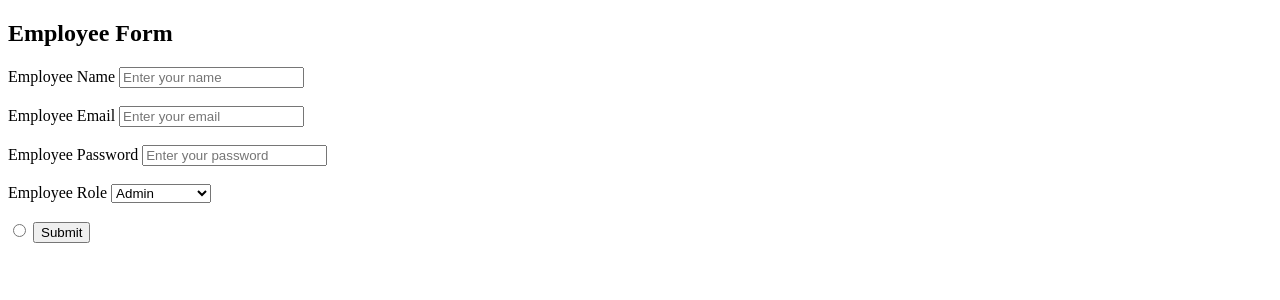
Repository: mrhpn/JavaEE--JSP-SERVLET
Page: JSP_JSTL/WebContent/employee-form.html
These files come from the project's save history. The page is drawn as it stood at one moment and after the next save; the edit follows.
The browser window is 1280 px wide. The pictures show the whole page.

Above is the page before, as saved 2021-04-01 07:34:33.

### JSP_JSTL/WebContent/employee-form.html
<!DOCTYPE html>
<html>
<head>
<meta charset="ISO-8859-1">
<title>Insert title here</title>
</head>
<body>
	<h2>Employee Form</h2>

	<form action="read-employee-form.jsp" method="GET">
		<label>Employee Name</label>
		<input type="text" name="employeeName" placeholder="Enter your name" required="required" />
		<br><br>

		<label>Employee Email</label>
		<input type="email" name="employeeEmail" placeholder="Enter your email" required="required" />
		<br><br>

		<label>Employee Password</label>
		<input type="password" name="employeePassword" placeholder="Enter your password" required="required" />
		<br><br>

		<label>Employee Role</label>
		<select name="employeeRole" required="required">
			<option disabled="disabled">Choose Role</option>
			<option value="admin">Admin</option>
			<option value="manager">Manager</option>
			<option value="staff">Staff</option>
		</select>
		<br><br>

		<input type="radio" />

		<input type="submit" value="Submit" />
	</form>

</body>
</html>

After the next save:
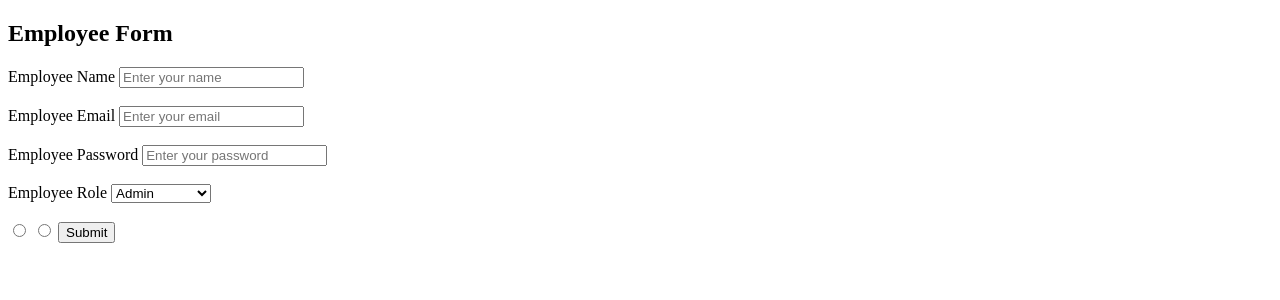
Saved 86 s later.
--- a/JSP_JSTL/WebContent/employee-form.html
+++ b/JSP_JSTL/WebContent/employee-form.html
@@ -29,7 +29,8 @@
 		</select>
 		<br><br>
 
-		<input type="radio" />
+		<input type="radio" name="employeeGender" value="Male" required="required"/>
+		<input type="radio" name="employeeGender" value="Male" required="required"/>
 
 		<input type="submit" value="Submit" />
 	</form>
